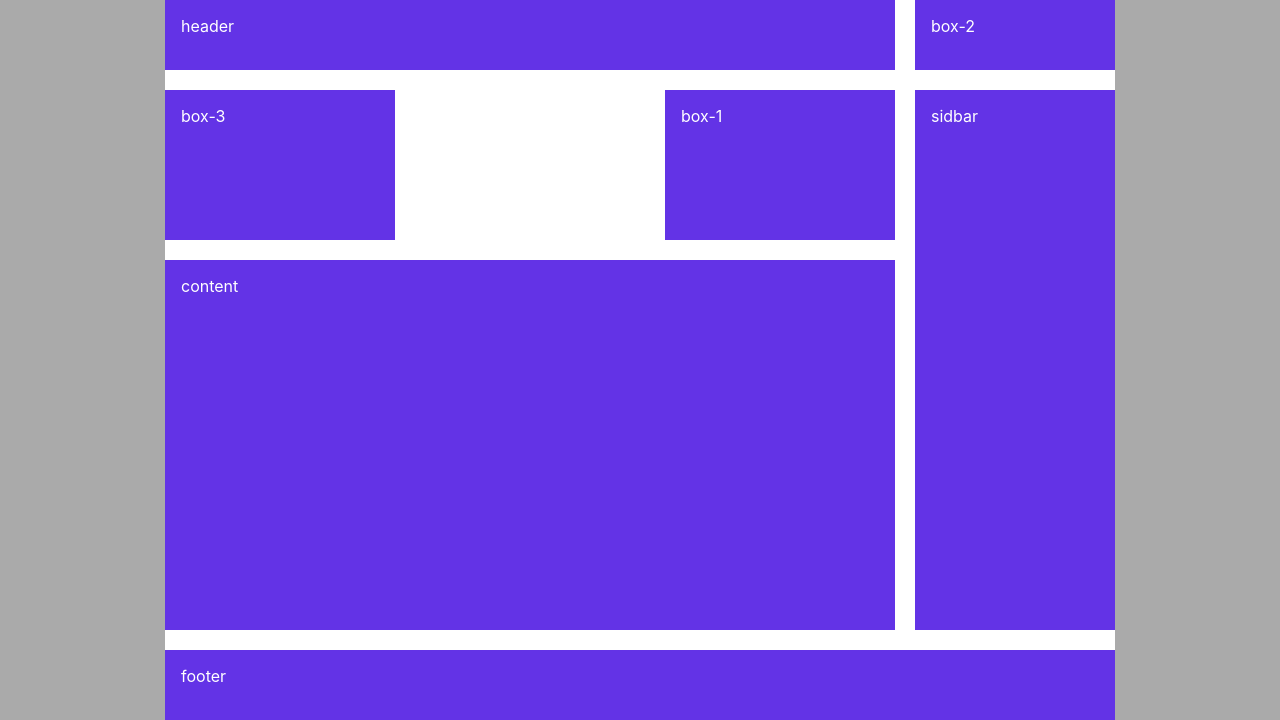
Repository: SD-Mdouka/project_step
Page: /
These files come from the project's save history. The page is drawn as it stood at one moment and after the next save; the edit follows.
The browser window is 1280 px wide. The pictures show the whole page.
The project was rebuilt for these pictures with package versions that can differ from the ones it lists, and the page was loaded fresh each time.

Above is the page before, as saved 2022-09-07 13:12:09.

### src/index.js
import React from "react";
import ReactDOM from "react-dom/client";
import "./index.css";
import App from "./Grid";
// import { AppBar, Toolbar, Typography } from "@material-ui/core";

const root = ReactDOM.createRoot(document.getElementById("root"));
root.render(
  <React.StrictMode>
    {/* <AppBar>
      <Toolbar>
        <Typography varient="h6">React app</Typography>
      </Toolbar>
    </AppBar> */}
    <App />
  </React.StrictMode>
);

### src/index.css
body {
    background-color: #aaa;
    margin: 0;
    font-family: -apple-system, BlinkMacSystemFont, "Segoe UI", "Roboto", "Oxygen", "Ubuntu", "Cantarell", "Fira Sans", "Droid Sans", "Helvetica Neue", sans-serif;
    -webkit-font-smoothing: antialiased;
    -moz-osx-font-smoothing: grayscale;
}

code {
    font-family: source-code-pro, Menlo, Monaco, Consolas, "Courier New", monospace;
}

.App-Project {
    margin-top: 50px;
    margin-inline: 40% !important;
}

.cirecle {
    width: 29px;
    height: 29px;
    line-height: 25px;
    background-color: blue;
    color: white;
    border-radius: 50%;
    -webkit-border-radius: 50%;
    -moz-border-radius: 50%;
    -ms-border-radius: 50%;
    -o-border-radius: 50%;
    border: 2px solid transparent;
    text-align: center;
    cursor: pointer;
    background-clip: padding-box;
    -webkit-background-clip: padding-box;
}

.stepsWrapp {
    display: flex;
    margin-bottom: 20px;
    text-align: center;
}

.stepeBlock {
    flex-grow: 1;
}

.stepeBlock .circleWrapper {
    padding: 0px 20px;
    position: relative;
}

.selected .cirecle {
    color: black;
    background-color: white;
    border: 1px solid blue;
}

.stepeBlock:not(:last-child)>.circleWrapper::after {
    content: "";
    width: 100%;
    height: 2px;
    position: absolute;
    top: 0px;
    bottom: 0px;
    background-color: blue;
    margin: auto;
    z-index: -1;
}

.stepeBlock:not(:last-child)>.circleWrapper::after {
    height: 3px;
    opacity: 1;
}

.stepeBlock:not(:last-child).selected>.circleWrapper::after,
.stepeBlock:not(:last-child).selected~.stepeBlock:not(:last-child)>.circleWrapper::after {
    height: 2px;
    opacity: 0.3;
}

.pages {
    margin: 0 40%;
}

.primaryBtn {
    padding: 10px 25px !important;
    background-color: blue !important;
    border: none !important;
    margin: 10px !important;
    color: white !important;
    border-radius: 4px !important;
    -webkit-border-radius: 4px !important;
    -moz-border-radius: 4px !important;
    -ms-border-radius: 4px !important;
    -o-border-radius: 4px !important;
    cursor: pointer !important;
}

### src/Grid.js
import React from "react";
import "./style-grid.css";

const Grid = () => {
  return (
    <div>
      <div className="container">
        <div className="header">header</div>
        <div className="box">box-1</div>
        <div className="box">box-2</div>
        <div className="box">box-3</div>
        <div className="sidebar">sidbar</div>
        <div className="content">content</div>
        <div className="footer">footer</div>
      </div>
    </div>
  );
};
export default Grid;

### src/style-grid.css
.container {
    background-color: #fff;
    min-height: 100vh;
    width: 950px;
    margin: 0 auto;
    display: grid;
    grid-template-columns: repeat(3, 1fr) 200px;
    grid-template-rows: 70px 150px 1fr 70px;
    grid-gap: 20px;
    grid-template-areas: "header header header ." "box-1 box-2 box-3 sidebar" "content content content sidebar" "footer footer footer footer";
}

.container>* {
    color: #fff;
    background-color: rgb(99, 51, 230);
    padding: 1rem;
}

.box:nth-child(0) {
    grid-area: box-1;
}

.box:nth-child(1) {
    grid-area: box-2;
}

.box:nth-child(2) {
    grid-area: box-3;
}

.header {
    /* grid-row: 1/2;
    grid-column: 1/-1; */
    grid-area: header;
}

.sidebar {
    /* grid-row: 2/-2;
    grid-column: -2/-1; */
    grid-area: sidebar;
}

.content {
    /* grid-row: 3/4;
    grid-column: 1/-2; */
    grid-area: content;
}

.footer {
    /* grid-row: -2/-1;
    grid-column: 1/-1; */
    grid-area: footer;
}

Loaded but not shown: public/index.html (common file)

After the next save:
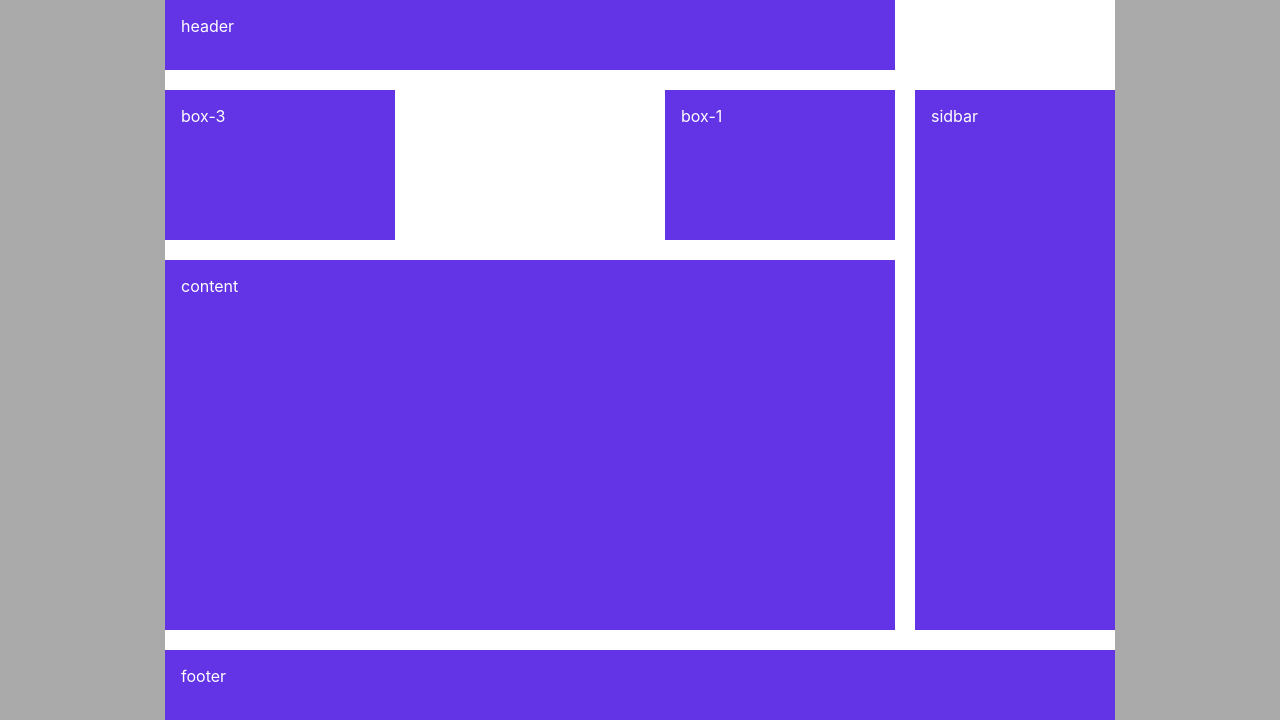
Saved 24 s later.
--- a/src/style-grid.css
+++ b/src/style-grid.css
@@ -16,7 +16,7 @@
     padding: 1rem;
 }
 
-.box:nth-child(0) {
+.box {
     grid-area: box-1;
 }
 
